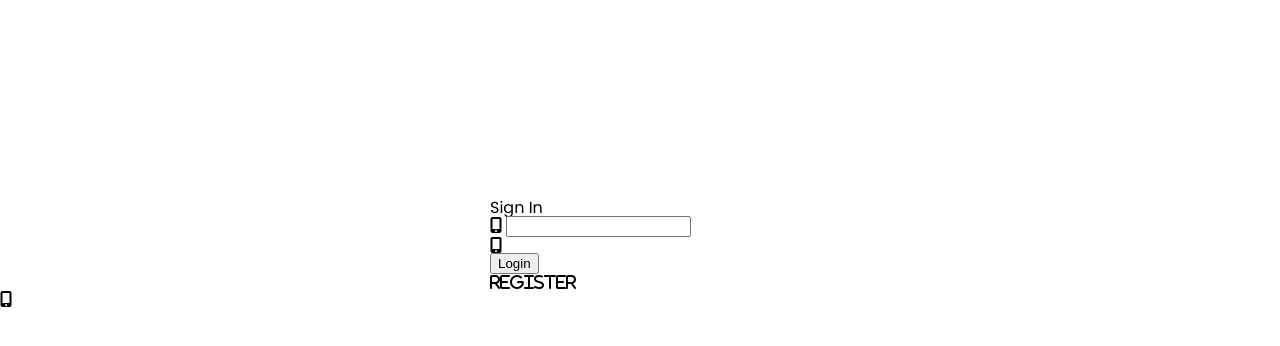
Repository: haphuocsang1801/github-group4
Page: login.html
An editor plug-in stored every save of this project. The page is shown before and after the next save, followed by the edit.
The browser window is 1280 px wide. The pictures show the whole page.
Some web libraries are served in a nearby version. The style sheet was rebuilt from its Sass, Less or Tailwind sources for each picture, by a compiler version that may differ from the author's.

Above is the page before, as saved 2021-09-17 16:14:24.

### login.html
<!DOCTYPE html>
<html lang="en">
  <head>
    <meta charset="UTF-8" />
    <meta http-equiv="X-UA-Compatible" content="IE=edge" />
    <meta name="viewport" content="width=device-width, initial-scale=1.0" />
    <link
      href="https://fonts.googleapis.com/css2?family=Poppins:wght@300;400;700&display=swap"
      rel="stylesheet"
    />
    <script
      src="https://kit.fontawesome.com/85150e2613.js"
      crossorigin="anonymous"
    ></script>
    <link rel="stylesheet" href="./css/reset.css" />
    <link rel="stylesheet" href="./css/style.css" />
    <title>Document</title>
  </head>
  <body>
    <div class="container-login">
      <form action="" method="post">
        <div class="login-title">Sign In</div>
        <div class="login-item">
          <i class="fas fa-mobile-alt">
          <input type="text" class="login-phone__input" />
        </div>
        <div class="login-submit">
          <input type="submit" class="btn" value="Login" />
        </div>
        <div class="login-register">Register</div>
      </form>
    </div>
  </body>
</html>

### css/reset.css
/* http://meyerweb.com/eric/tools/css/reset/
   v2.0 | 20110126
   License: none (public domain)
*/
/*
<link rel="preconnect" href="https://fonts.googleapis.com">
<link rel="preconnect" href="https://fonts.gstatic.com" crossorigin>
<link href="https://fonts.googleapis.com/css2?family=Poppins:wght@300;400;700&display=swap" rel="stylesheet">
*/
html, body, div, span, applet, object, iframe,
h1, h2, h3, h4, h5, h6, p, blockquote, pre,
a, abbr, acronym, address, big, cite, code,
del, dfn, em, img, ins, kbd, q, s, samp,
small, strike, strong, sub, sup, tt, var,
b, u, i, center,
dl, dt, dd, ol, ul, li,
fieldset, form, label, legend,
table, caption, tbody, tfoot, thead, tr, th, td,
article, aside, canvas, details, embed,
figure, figcaption, footer, header, hgroup,
menu, nav, output, ruby, section, summary,
time, mark, audio, video {
	margin: 0;
	padding: 0;
	border: 0;
	font-size: 100%;
	font: inherit;
	vertical-align: baseline;
}
/* HTML5 display-role reset for older browsers */
article, aside, details, figcaption, figure,
footer, header, hgroup, menu, nav, section {
	display: block;
}
body {
	line-height: 1;
	font-family: 'Poppins', sans-serif;
}
ol, ul {
	list-style: none;
}
blockquote, q {
	quotes: none;
}
blockquote:before, blockquote:after,
q:before, q:after {
	content: '';
	content: none;
}
table {
	border-collapse: collapse;
	border-spacing: 0;
}

### scss/style.scss
@import "variable";
@import "base";
@import "header";
@import "footer";
@import "login";

### scss/_variable.scss
$gray-dark:#272E35;
$primary-color:#E2783C;
$background:#fcf9f6;

### scss/_base.scss
.wrapper{
    max-width: 1440px;
    margin: 0 auto;
}
 .container-login{

   width: 300px;
   margin: 0 auto;
   margin-top: 200px;
 }

.button{
    transition: all 0.2s linear;
    display: inline-block;
    font-size: 16px;
    color: $gray-dark;
    padding: 20px 30px;
    border-radius: 10px;
    outline: none;
    cursor: pointer;
    background-color: transparent;
    line-height: normal;
    text-decoration: none;
    &--primary{
      color: white;
      background-color: $primary-color;
    }

}

### scss/_header.scss
.header {
  padding-top: 43px;
  display: flex;
  align-items: center;
  justify-content: space-between;
  &-logo {
    &-image {
      width: 235px;
    }
  }
  &-menu {
    display: flex;
    align-items: center;
    gap: 60px;
    &-product{
        display: flex;
        align-items: center;
        gap: 5px;
    }
    &-child{
        position: absolute;
        top:30px;
        width: 170px;
        display: flex;
        flex-direction: column;
        gap: 35px;
        background-color: $background;
        border-radius: 5px;
        padding: 20px 10px;
        opacity: 0;
        visibility: hidden;
        transition: all 0.25s;
    }
    &-item {
        position: relative;
      a {
        color: $gray-dark;
        text-decoration: none;
        &:hover {
          color: $primary-color;
          transition: color 0.2s ease-in-out;
        }
      }
    }
  }
  &-cart{
      font-size: 35px;
      cursor: pointer;
      :hover{
          color: $primary-color;
      }
  }
  &-search {
    padding: 10px;
    background-color: #f3f4f4;
    border-radius: 8px;
    display: flex;
    flex-direction: row;
    margin-right: -20px;
    transition: all 0.25s linear;
    &:hover {
      background-color: white;
      -webkit-box-shadow: 0px 0px 25px 0px rgba(226, 120, 60, 0.8);
      -moz-box-shadow: 0px 0px 25px 0px rgba(226, 120, 60, 0.8);
      box-shadow: 0px 0px 25px 0px rgba(226, 120, 60, 0.8);
    }
    &-icon {
      font-size: 30px;
      cursor: pointer;
    }
    input {
      width: 120px;
      font-size: 15px;
      width: inherit;
      padding: 10px 0;
      border: 0;
      border-radius: #f3f4f4;
      background-color: inherit;
      outline: none;
    }
  }
}
.hover:hover .header-menu-child{
    opacity: 1;
    visibility: visible;

}

### scss/_footer.scss
.footer {
  margin-top: 500px;
  padding: 40px 40px;
  background-color: $background;
  &-main {
    display: grid;
    grid-template-columns: repeat(2, 1fr);
    gap: 50px;
  }
  &-logo {
    display: inline-block;
    margin-bottom: 50px;
  }
  &-desc {
    font-size: 16px;
    margin-bottom: 40px;
    line-height: 1.5;
  }
  .social {
    display: flex;
    align-items: center;
    gap: 0 30px;
  }
  .social-item {
    cursor: pointer;
    color: $gray-dark;
    &:hover {
      color: $primary-color;
    }
  }
  &-heading {
    font-size: 18px;
    color: $gray-dark;
    margin-bottom: 40px;
    font-weight: bold;
  }
  &-links {
    list-style: none;
  }
  &-item {
    margin-bottom: 30px;
  }
  &-link {
    display: inline-block;
    color: $gray-dark;
  }
  &-info {
    list-style: none;
    margin-bottom: 40px;
  }
  &-info li {
    margin-bottom: 15px;
    line-height: 1.6;
  }
  &-highlight {
    color: white;
  }
  &-bottom {
    background-color: $gray-dark;
    line-height: 1.6;
  }
  &-bottom a {
    text-decoration: inherit;
    color: white;
  }
}

Loaded but not shown: scss/_login.scss (empty)

After the next save:
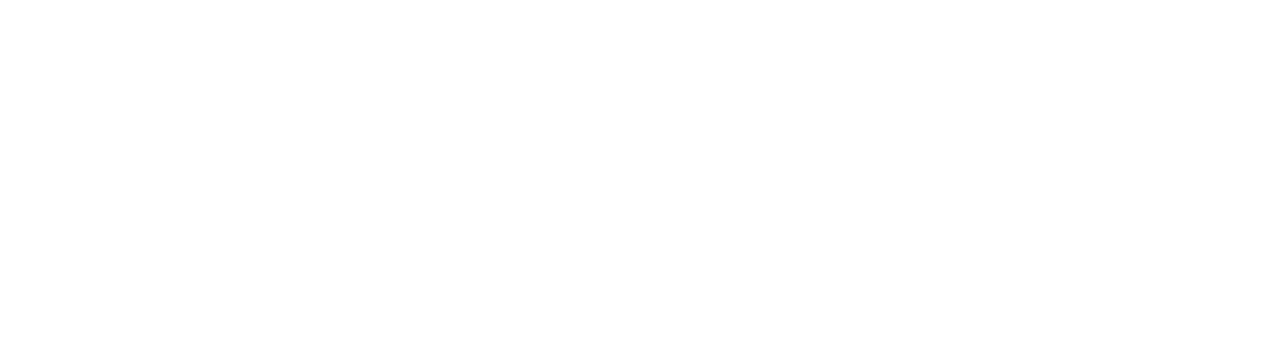
Saved 6 s later.
--- a/login.html
+++ b/login.html
@@ -18,17 +18,7 @@
   </head>
   <body>
     <div class="container-login">
-      <form action="" method="post">
-        <div class="login-title">Sign In</div>
-        <div class="login-item">
-          <i class="fas fa-mobile-alt">
-          <input type="text" class="login-phone__input" />
-        </div>
-        <div class="login-submit">
-          <input type="submit" class="btn" value="Login" />
-        </div>
-        <div class="login-register">Register</div>
-      </form>
+
     </div>
   </body>
 </html>

After the save that followed:
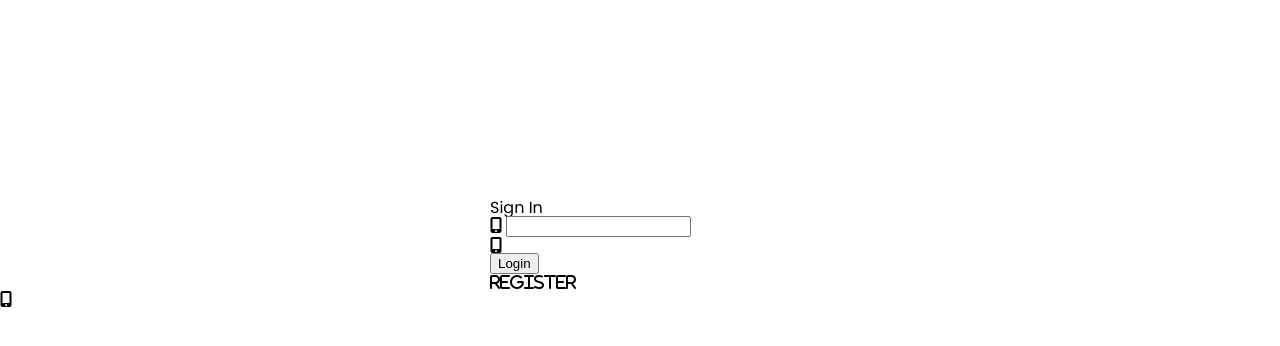
Saved 8 s later.
--- a/login.html
+++ b/login.html
@@ -18,7 +18,17 @@
   </head>
   <body>
     <div class="container-login">
-
+      <form action="" method="post">
+        <div class="login-title">Sign In</div>
+        <div class="login-item">
+          <i class="fas fa-mobile-alt">
+          <input type="text" class="login-phone__input" />
+        </div>
+        <div class="login-submit">
+          <input type="submit" class="btn" value="Login" />
+        </div>
+        <div class="login-register">Register</div>
+      </form>
     </div>
   </body>
 </html>
